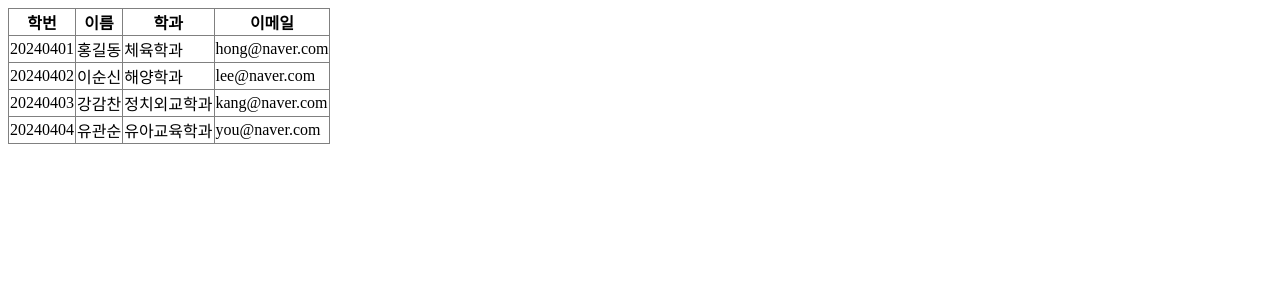
Repository: bbseok97/HTML
Page: HTML/src/main/webapp/table_css.html
An editor plug-in stored every save of this project. The page is shown before and after the next save, followed by the edit.
The browser window is 1280 px wide. The pictures show the whole page.

Above is the page before, as saved 2024-04-04 05:53:50.

After the next save:
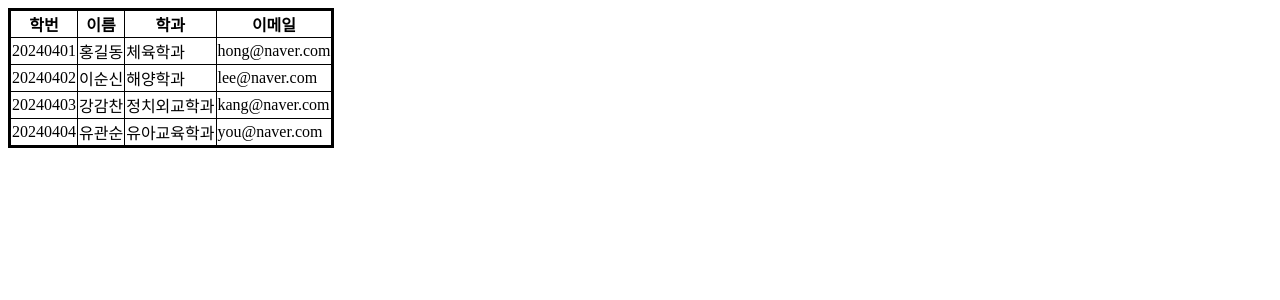
Saved 2 min 25 s later.
--- a/HTML/src/main/webapp/table_css.html
+++ b/HTML/src/main/webapp/table_css.html
@@ -9,8 +9,9 @@
 		<meta charset="UTF-8">
 		<title>id/class 선택자로 표꾸미기</title>
 		<style type="text/css">
-			table {
-				border-collapse: collapse;
+			table {							/* 태그 선택자 사용 */
+				border-collapse: collapse;	/* 중복 테두리 제거 collapse */
+				border: 3px solid black;	/* border(태그 외곽) 처리 : 두께, 선 타입, 색상 */
 			}
 		</style>
 
